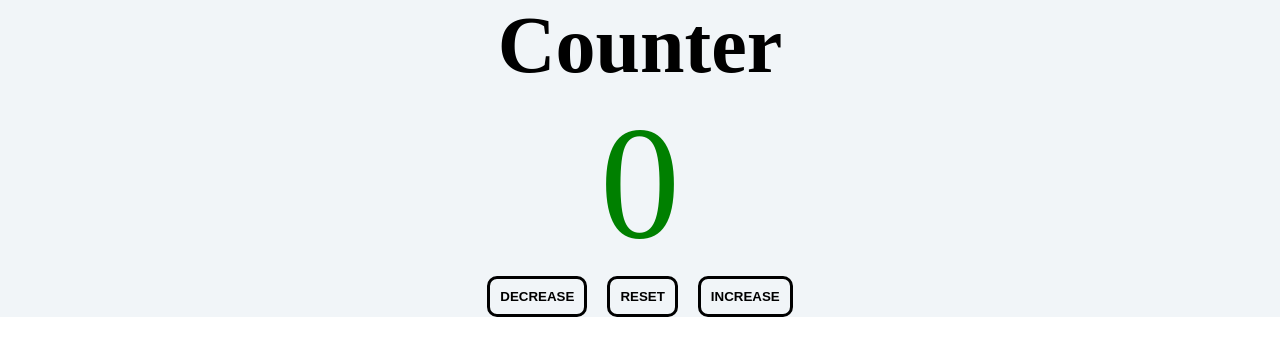
Repository: imokha01/createCounter
Page: index.html
These files come from the project's save history. The page is drawn as it stood at one moment and after a run of saves; the edit follows.
The browser window is 1280 px wide. The pictures show the whole page.

Above is the page before, as saved 2024-01-17 17:10:32.

After the next 2 saves:
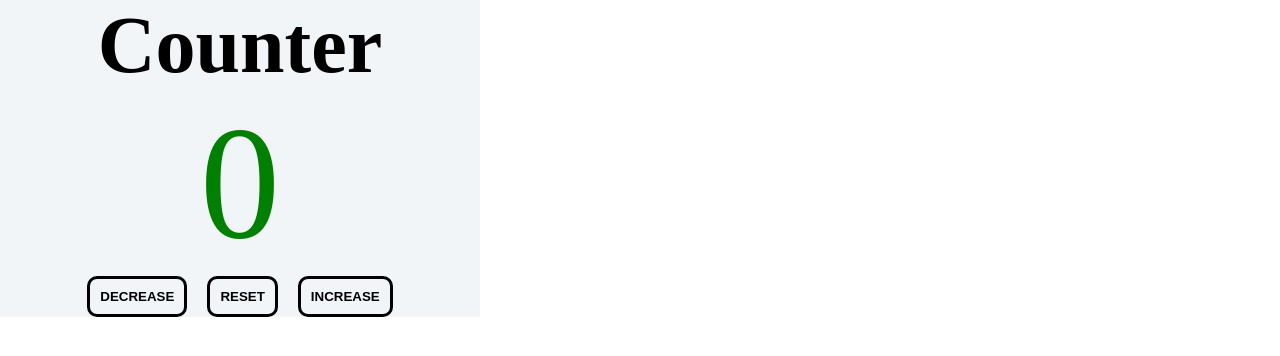
The 2 saves are shown as one change because they came seconds apart.
The last was saved 6 s later.
--- a/style.css
+++ b/style.css
@@ -4,7 +4,10 @@
     box-sizing: border-box;
 }
 
-body
+body{
+    width: 30rem;
+    height: 40rem;
+}
 .main {
     display: flex;
     flex-direction: column;
